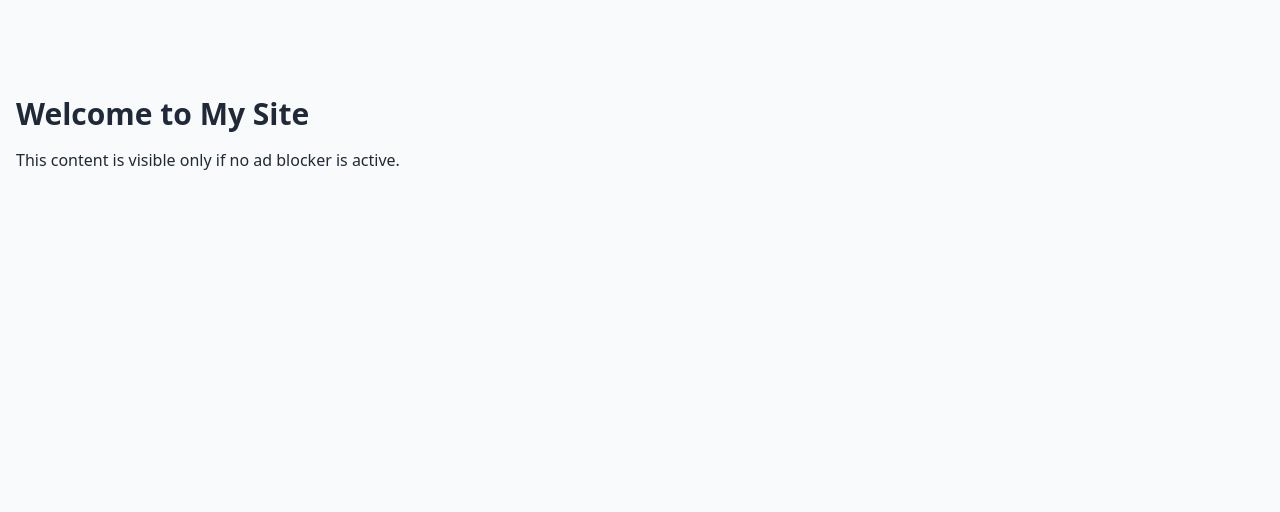
Repository: saroeuntola/we-share
Page: http://localhost/ad-blocker.php
An editor plug-in stored every save of this project. The page is shown before and after the next save, followed by the edit.
The browser window is 1280 px wide. The pictures show the whole page.
Some web libraries are served in a nearby version. The page is run by PHP 8.4 with error messages shown; the project is at /var/www/html/.

Above is the page before, as saved 2025-08-29 12:57:15.

### ad-blocker.php
<!DOCTYPE html>
<html lang="en">

<head>
    <meta charset="UTF-8">
    <meta name="viewport" content="width=device-width, initial-scale=1.0">
    <title>My Site</title>

    <!-- Tailwind v5 CDN -->
    <script src="https://cdn.tailwindcss.com"></script>

    <style>
        /* Full-page overlay for adblock message */
        #adblock-message {
            display: none;
            position: fixed;
            inset: 0;
            background-color: rgba(0, 0, 0, 0.85);
            color: white;
            text-align: center;
            padding-top: 150px;
            z-index: 9999;
        }
    </style>
</head>

<body class="bg-gray-50 text-gray-800">

    <!-- Ad Blocker Message -->
    <div id="adblock-message" class="flex flex-col items-center justify-center">
        <h1 class="text-4xl font-bold mb-4">Please Disable Your Ad Blocker</h1>
        <p class="text-lg">To access this website, you need to disable your ad blocker.</p>
    </div>

    <!-- Hidden bait element for detection -->
    <div id="ad-bait" class="adsbox" style="width:1px;height:1px;position:absolute;top:-1000px;"></div>

    <!-- Your site content -->
    <main class="max-w-7xl mx-auto p-4 mt-20">
        <h1 class="text-3xl font-bold mb-4">Welcome to My Site</h1>
        <p>This content is visible only if no ad blocker is active.</p>
    </main>

    <script>
        // Ad Block Detection
        window.addEventListener('load', function() {
            const bait = document.getElementById('ad-bait');
            const message = document.getElementById('adblock-message');

            // Some ad blockers remove the bait element
            const blocked = !bait || bait.offsetParent === null || bait.offsetHeight === 0 || bait.offsetWidth === 0;

            if (blocked) {
                message.style.display = 'flex';
                document.body.style.overflow = 'hidden'; // prevent scrolling
            }
        });
    </script>

</body>

</html>

After the next save:
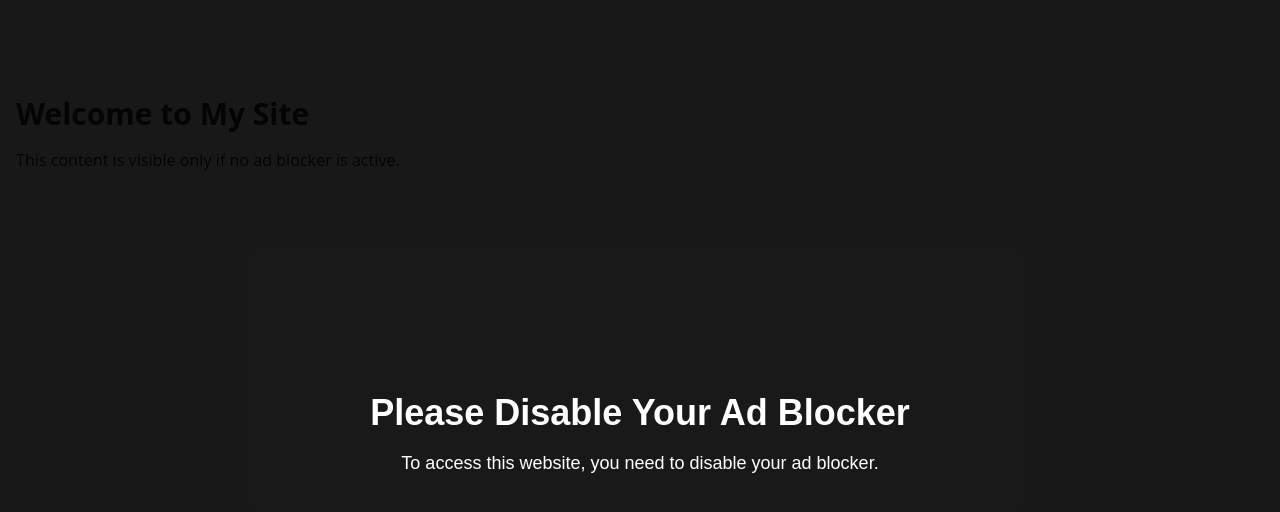
Saved 3 min 22 s later.
--- a/ad-blocker.php
+++ b/ad-blocker.php
@@ -15,11 +15,12 @@
             display: none;
             position: fixed;
             inset: 0;
-            background-color: rgba(0, 0, 0, 0.85);
+            background-color: rgba(0, 0, 0, 0.9);
             color: white;
             text-align: center;
             padding-top: 150px;
             z-index: 9999;
+            font-family: sans-serif;
         }
     </style>
 </head>
@@ -32,28 +33,68 @@
         <p class="text-lg">To access this website, you need to disable your ad blocker.</p>
     </div>
 
-    <!-- Hidden bait element for detection -->
-    <div id="ad-bait" class="adsbox" style="width:1px;height:1px;position:absolute;top:-1000px;"></div>
-
-    <!-- Your site content -->
+    <!-- Site Content -->
     <main class="max-w-7xl mx-auto p-4 mt-20">
         <h1 class="text-3xl font-bold mb-4">Welcome to My Site</h1>
         <p>This content is visible only if no ad blocker is active.</p>
     </main>
 
     <script>
-        // Ad Block Detection
+        // --------------------------
+        // 1️⃣ Hidden bait elements
+        // --------------------------
+        let baitElements = [];
+
+        // Multiple common ad-related classes
+        const adClasses = ['adsbox', 'adsbygoogle', 'ad-banner', 'advert', 'ad-container'];
+
+        adClasses.forEach(cls => {
+            let div = document.createElement('div');
+            div.className = cls;
+            div.style.width = '1px';
+            div.style.height = '1px';
+            div.style.position = 'absolute';
+            div.style.top = '-1000px';
+            document.body.appendChild(div);
+            baitElements.push(div);
+        });
+
+        // --------------------------
+        // 2️⃣ Script-based detection
+        // --------------------------
+        let adBlocked = false;
+
+        function showAdBlockMessage() {
+            const msg = document.getElementById('adblock-message');
+            msg.style.display = 'flex';
+            document.body.style.overflow = 'hidden'; // prevent scrolling
+        }
+
         window.addEventListener('load', function() {
-            const bait = document.getElementById('ad-bait');
-            const message = document.getElementById('adblock-message');
+            // Check if any bait div was removed or hidden
+            baitElements.forEach(div => {
+                if (!div || div.offsetParent === null || div.offsetHeight === 0 || div.offsetWidth === 0) {
+                    adBlocked = true;
+                }
+                // Clean up
+                if (div) div.remove();
+            });
 
-            // Some ad blockers remove the bait element
-            const blocked = !bait || bait.offsetParent === null || bait.offsetHeight === 0 || bait.offsetWidth === 0;
+            // Load fake ad script to detect script-blocking ad blockers
+            const adScript = document.createElement('script');
+            adScript.src = 'https://pagead2.googlesyndication.com/pagead/js/adsbygoogle.js';
+            adScript.async = true;
+            adScript.onerror = function() {
+                adBlocked = true;
+                showAdBlockMessage();
+            };
+            adScript.onload = function() {
+                if (adBlocked) showAdBlockMessage();
+            };
+            document.body.appendChild(adScript);
 
-            if (blocked) {
-                message.style.display = 'flex';
-                document.body.style.overflow = 'hidden'; // prevent scrolling
-            }
+            // If any bait div detected as blocked
+            if (adBlocked) showAdBlockMessage();
         });
     </script>
 
